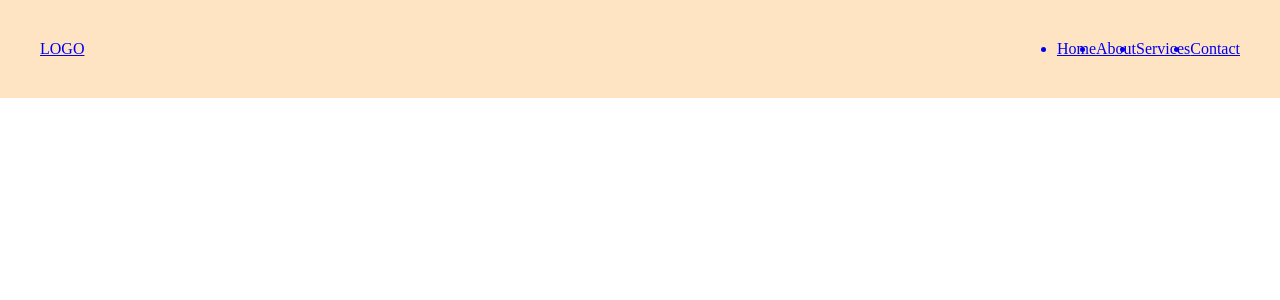
Repository: chanchalsaini/React-WUI
Page: /
These files come from the project's save history. The page is drawn as it stood at one moment and after a run of saves; the edit follows.
The browser window is 1280 px wide. The pictures show the whole page.
The project was rebuilt for these pictures with package versions that can differ from the ones it lists, and the page was loaded fresh each time.

Above is the page before, as saved 2020-09-21 21:52:23.

After the next 3 saves:
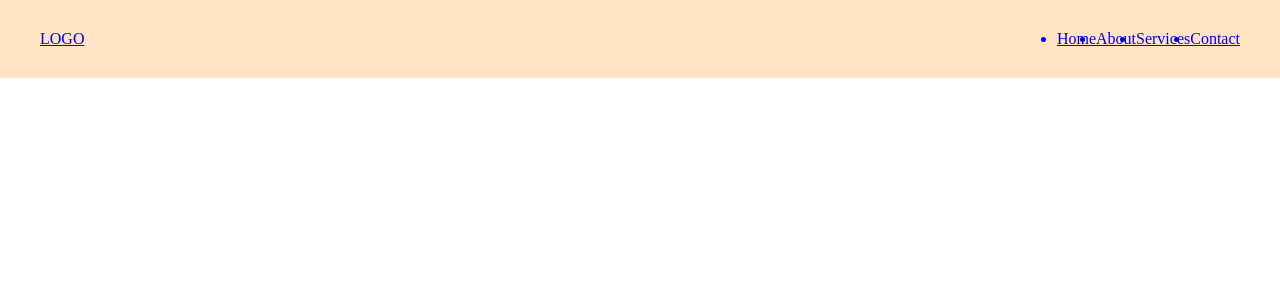
The 3 saves are shown as one change because they came seconds apart.
The last was saved 8 s later.
--- a/src/App.css
+++ b/src/App.css
@@ -5,7 +5,7 @@ header {
   background-color: bisque;
   display: flex;
   justify-content: space-between;
-  padding: 40px 40px;
+  padding: 30px 40px;
 }
 .links {
   display: flex;
